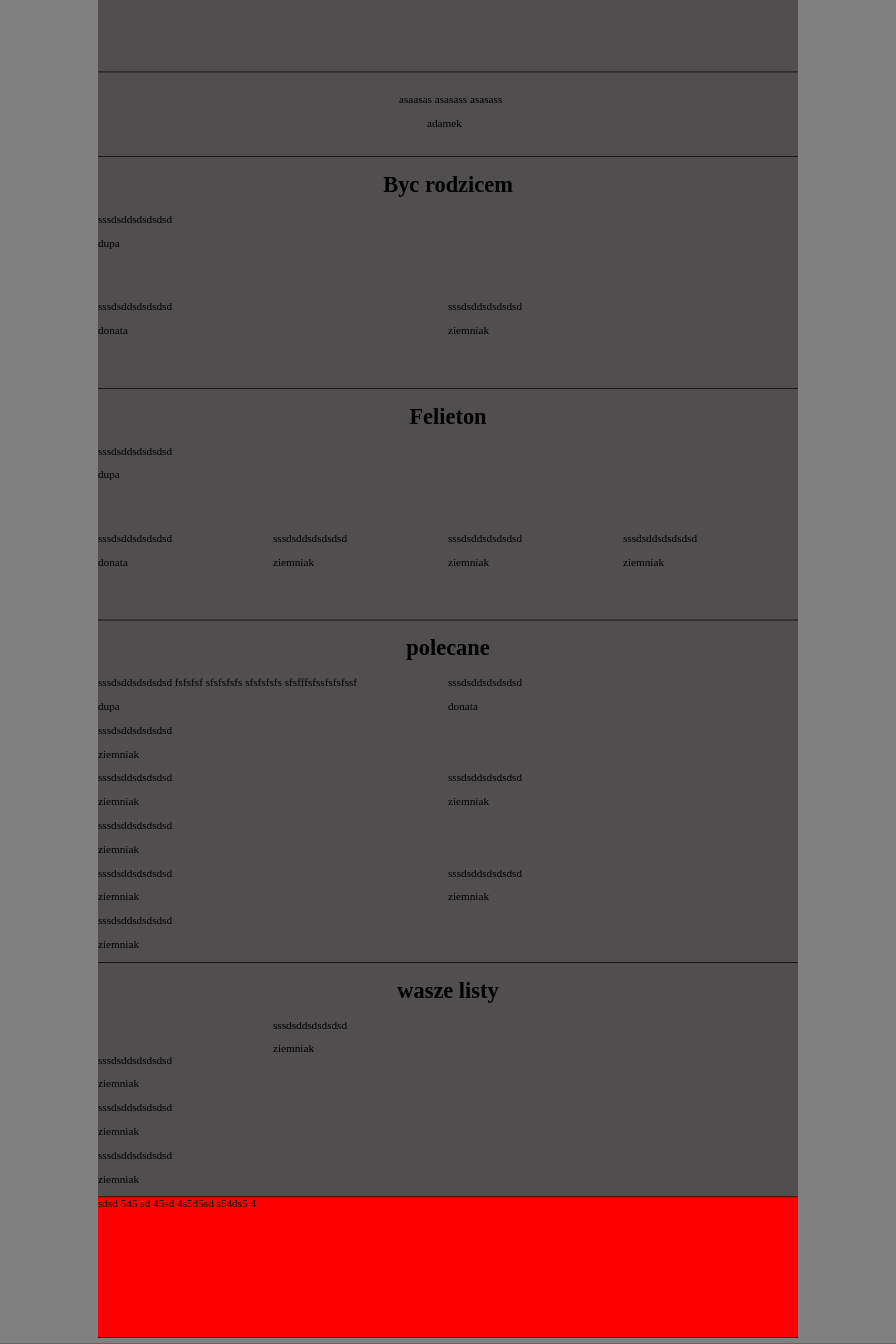
Repository: kq333/pitupitu.pl
Page: index.html
The author's editor kept a copy of each file at every save. The page is drawn from the files as they stood at one save, then again after the next save.
The browser window is 1280 px wide. The pictures show the part of the page from y = 915 to 2835 px (the page is 2835 px tall before and 2631 px after), at 70% of full size.
The style sheet was rebuilt from its Sass, Less or Tailwind sources for each picture, by a compiler version that may differ from the author's.

Above is the page before, as saved 2020-11-04 13:16:50.

After the next save:
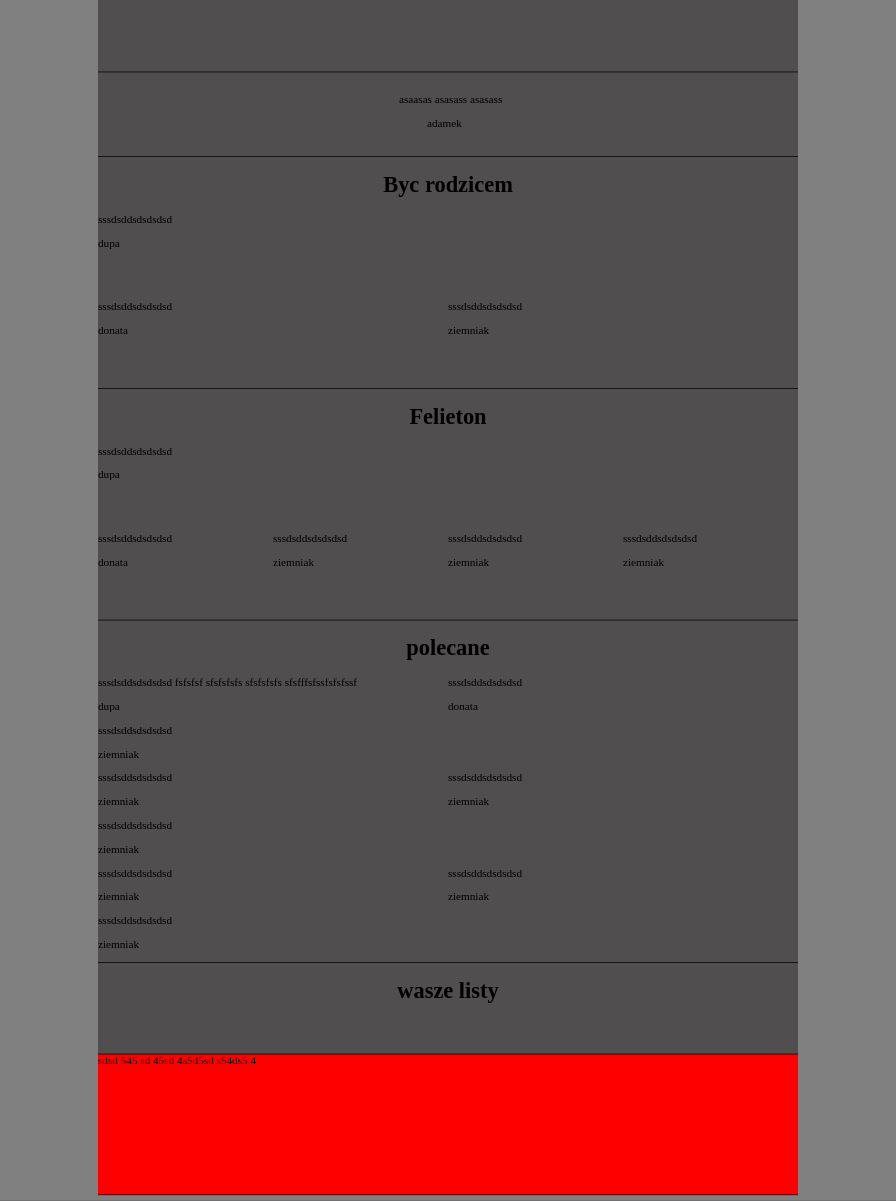
Saved 101 s later.
--- a/index.html
+++ b/index.html
@@ -294,36 +294,6 @@
 
                             <section class="letters">
 
-                                <div class="art27"></div>
-                                    <article> sssdsddsdsdsdsd
-                                        <p class="autor_name">ziemniak</p>
-
-
-                                    </article>
-                                </div>
-                                    <div class="art28">
-                                        <article> sssdsddsdsdsdsd
-                                            <p class="autor_name">ziemniak</p>
-
-
-                                        </article>
-                                    </div>
-                                        <div class="art29">
-
-                                            <article> sssdsddsdsdsdsd
-                                                <p class="autor_name">ziemniak</p>
-
-
-                                            </article>
-                                        </div>
-
-                                            <div class="art30">
-                                                <article> sssdsddsdsdsdsd
-                                                    <p class="autor_name">ziemniak</p>
-
-
-                                                </article>
-                                            </div>
 
                             </section>
 
